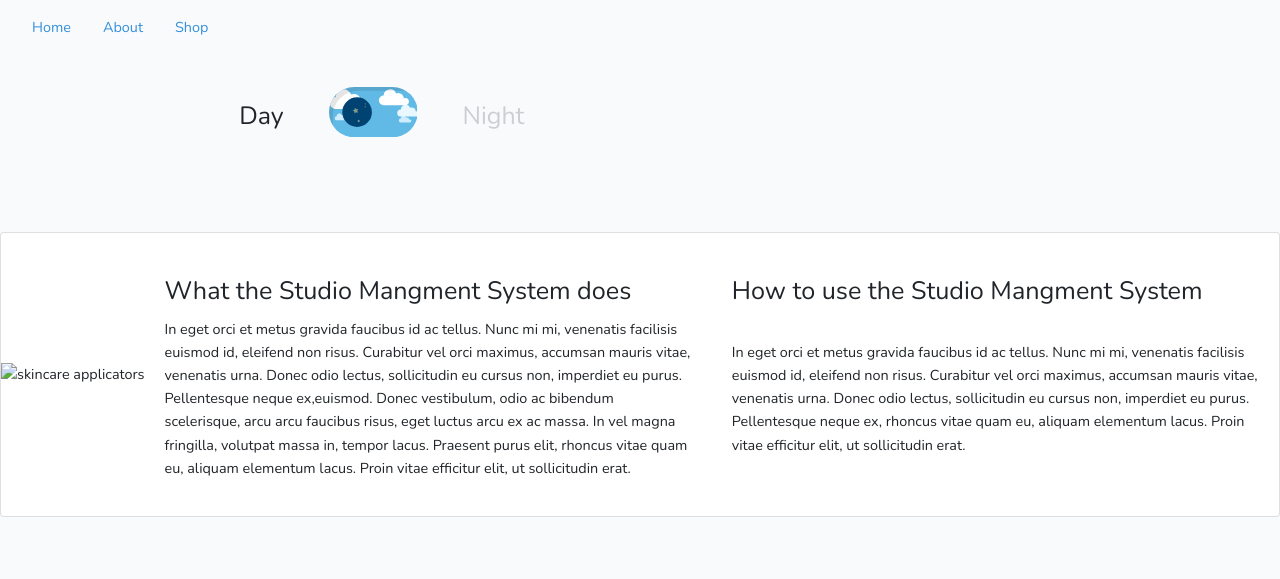
Repository: littae2/simplicite
Page: http://localhost/shop
An editor plug-in stored every save of this project. The page is shown before and after the next save, followed by the edit.
The browser window is 1280 px wide. The pictures show the whole page.
Some web libraries are served in a nearby version. The page is served by the project's Laravel application, run on PHP 8.4 with Laravel 8. Other server files are loaded and not shown.

Above is the page before, as saved 2021-08-13 15:43:08.

### Project/routes/web.php
<?php

use Illuminate\Support\Facades\Route;

/*
|--------------------------------------------------------------------------
| Web Routes
|--------------------------------------------------------------------------
|
| Here is where you can register web routes for your application. These
| routes are loaded by the RouteServiceProvider within a group which
| contains the "web" middleware group. Now create something great!
|
*/

Route::get('/', function () {
    return view('home.index');
});

Route::get('/about', function () {
    return view('about.index');
});
Route::get('/shop', function () {
    return view('shop.index');
});

### Project/resources/views/shop/index.blade.php
@extends('layouts.layout')
@section('title', 'Welcome')
@section('content')
<div class="pageContent">

<!-- @if(Auth::check())
<div> you are logged in </div>
@else
<div> please login</div>
@endif -->

  <div class="card d-flex flex-row justify-content-between align-items-center w-90 home">
  <img src="{{url('img/product2.jpg')}}" alt="skincare applicators" class="headerImg">
    <div class="card-body w-25 ">

      <br>
      <h3 class="card-title">What the Studio Mangment System does</h3>

      <p>In eget orci et metus gravida faucibus id ac tellus. Nunc mi mi, venenatis facilisis euismod id, eleifend non risus.
        Curabitur vel orci maximus, accumsan mauris vitae, venenatis urna. Donec odio lectus, sollicitudin eu cursus non, imperdiet eu purus.
        Pellentesque neque ex,euismod. Donec vestibulum, odio ac bibendum scelerisque, arcu arcu faucibus risus, eget luctus arcu ex ac massa. In vel magna fringilla, volutpat massa in, tempor lacus.
        Praesent purus elit, rhoncus vitae quam eu, aliquam elementum lacus. Proin vitae efficitur elit, ut sollicitudin erat.</p>

    </div>
    <div class=" card-body w-25">

      <h3 class="card-title">How to use the Studio Mangment System</h3>
      <br>
      <p>In eget orci et metus gravida faucibus id ac tellus. Nunc mi mi, venenatis facilisis euismod id, eleifend non risus.
        Curabitur vel orci maximus, accumsan mauris vitae, venenatis urna. Donec odio lectus, sollicitudin eu cursus non, imperdiet eu purus.
        Pellentesque neque ex, rhoncus vitae quam eu, aliquam elementum lacus. Proin vitae efficitur elit, ut sollicitudin erat.</p>

    </div>

  </div>
</div>
@endsection

### Project/resources/views/layouts/layout.blade.php
<!--This is the Main layout page-->
<!DOCTYPE html>
<html lang="en">
<head>
    <meta charset="UTF-8">
        <!-- CSRF Token -->
    <meta name="csrf-token" content="mlxnBRgEB1AbPWkhP1fOm5sUhDzONcfLGmqMOlHY">
    <meta name="viewport" content="width=device-width, initial-scale=1.0">

    <script src="https://kit.fontawesome.com/b07d89ef49.js" crossorigin="anonymous"></script>

    <!--  JQUEURY-->
    <script src="https://code.jquery.com/jquery-3.1.0.min.js"></script>

    <!--  BS -->
    <link rel="stylesheet" href="{{asset('css/simplicite.css')}}">
    <link rel="stylesheet" href="{{asset('css/app.css')}}">

    <!--JS -->




</head>
<body>

  @include('layouts.navbar')

<!-- Fonts -->
<link href="https://fonts.googleapis.com/css?family=Nunito:200,600" rel="stylesheet">

@yield('content')
</body>
</html>

### Project/resources/views/layouts/navbar.blade.php
<!-- <div class= "nav">
      <a class="nav-link" href="{{url('/welcome')}}">Home</a>
      <a class="nav-link" href="{{url('/view-cohorts')}}">Cohort</a>
      <a class="nav-link" href="{{url('/students')}}">Students</a>
      <a class="nav-link" href="{{url('/upload')}}">Upload</a>
      <a class="nav-link" href="{{url('/enrolment')}}">Enrollment</a>
</div> -->
<script src="https://code.jquery.com/jquery-3.2.1.slim.min.js" integrity="sha384-KJ3o2DKtIkvYIK3UENzmM7KCkRr/rE9/Qpg6aAZGJwFDMVNA/GpGFF93hXpG5KkN" crossorigin="anonymous"></script>
<script src="https://cdnjs.cloudflare.com/ajax/libs/popper.js/1.12.9/umd/popper.min.js" integrity="sha384-ApNbgh9B+Y1QKtv3Rn7W3mgPxhU9K/ScQsAP7hUibX39j7fakFPskvXusvfa0b4Q" crossorigin="anonymous"></script>
<script src="https://maxcdn.bootstrapcdn.com/bootstrap/4.0.0/js/bootstrap.min.js" integrity="sha384-JZR6Spejh4U02d8jOt6vLEHfe/JQGiRRSQQxSfFWpi1MquVdAyjUar5+76PVCmYl" crossorigin="anonymous"></script>


<div class="nav">
  <div class="col-md-12 school-options-dropdown text-center nav-link">

    <div class="nav">
      <a class="nav-link" href="{{url('/')}}">Home</a>
      <a class="nav-link" href="{{url('/about')}}">About</a>
      <a class="nav-link" href="{{url('/shop')}}">Shop</a>
<a>@include('inc.daynight')</a>


    </div>
  </div>
</div>
</div>

### Project/resources/views/inc/daynight.blade.php

<div class="layout">
    <div class="day-label">Day</div>

    <label class="container">
        <input id="input" type="checkbox" checked="checked">
        <span class="checkmark">


            <svg id="toggle" xmlns="http://www.w3.org/2000/svg" viewBox="0 0 60 34" width="60" height="34">
                <defs>


                    <clipPath id="container">
                        <rect width="60" height="34" rx="17" />
                    </clipPath>
                    <g id="day">
                        <rect x="0" width="60" height="34" style="fill: #61b9e5" />
                        <g id="day-content">
                            <g class="clouds-small">
                                <path d="M13.35,22.45a1,1,0,0,0-.44.1A1.62,1.62,0,0,0,11.29,21a1.67,1.67,0,0,0-.59.11,1.84,1.84,0,0,0-3.55.61h0a1.38,1.38,0,0,0,0,2.75h6.21a1,1,0,1,0,0-2Z" transform="translate(-2 -2)" style="fill: #d0edff" />
                                <path d="M27.38,23.72a1.05,1.05,0,0,0-.44.1,1.63,1.63,0,0,0-2.21-1.41,1.84,1.84,0,0,0-3.56.61h0a1.38,1.38,0,1,0,0,2.75h6.21a1,1,0,0,0,0-2.05Z" transform="translate(-2 -2)" style="fill: #d0edff" />
                                <path d="M56.7,24a1,1,0,0,0-.44.1,1.63,1.63,0,0,0-2.21-1.42,1.85,1.85,0,0,0-3.56.61h0a1.38,1.38,0,0,0,0,2.75H56.7a1,1,0,0,0,0-2Z" transform="translate(-2 -2)" style="fill: #d0edff" />
                                <path d="M84.35,22.45a1,1,0,0,0-.44.1A1.62,1.62,0,0,0,82.29,21a1.67,1.67,0,0,0-.59.11,1.84,1.84,0,0,0-3.55.61h0a1.38,1.38,0,0,0,0,2.75h6.21a1,1,0,1,0,0-2Z" transform="translate(-2 -2)" style="fill: #d0edff" />
                                <path d="M98.38,23.72a1.05,1.05,0,0,0-.44.1,1.63,1.63,0,0,0-2.21-1.41,1.84,1.84,0,0,0-3.56.61h0a1.38,1.38,0,1,0,0,2.75h6.21a1,1,0,0,0,0-2.05Z" transform="translate(-2 -2)" style="fill: #d0edff" />
                                <path d="M127.7,24a1,1,0,0,0-.44.1,1.63,1.63,0,0,0-2.21-1.42,1.85,1.85,0,0,0-3.56.61h0a1.38,1.38,0,0,0,0,2.75h6.21a1,1,0,0,0,0-2Z" transform="translate(-2 -2)" style="fill: #d0edff" />
                            </g>
                            <g class="clouds-medium">
                                <path d="M61.44,18.4a1.85,1.85,0,0,0-.77.18,2.85,2.85,0,0,0-2.85-2.68,3,3,0,0,0-1,.19,3.25,3.25,0,0,0-6.26,1.07h0a2.42,2.42,0,0,0,0,4.84H61.44a1.8,1.8,0,1,0,0-3.6Z" transform="translate(-2 -2)" style="fill: #e9f8ff" />
                                <path d="M26,17.07a1.84,1.84,0,0,0-.77.17,2.86,2.86,0,0,0-2.85-2.68,2.75,2.75,0,0,0-1,.2,3.24,3.24,0,0,0-6.26,1.07h0a2.42,2.42,0,1,0,0,4.84H26a1.8,1.8,0,0,0,0-3.6Z" transform="translate(-2 -2)" style="fill: #e9f8ff" />
                                <path d="M126.44,18.4a1.85,1.85,0,0,0-.77.18,2.85,2.85,0,0,0-2.85-2.68,3,3,0,0,0-1,.19,3.25,3.25,0,0,0-6.26,1.07h0a2.42,2.42,0,0,0,0,4.84h10.92a1.8,1.8,0,1,0,0-3.6Z" transform="translate(-2 -2)" style="fill: #e9f8ff" />
                                <path d="M91,17.07a1.84,1.84,0,0,0-.77.17,2.86,2.86,0,0,0-2.85-2.68,2.75,2.75,0,0,0-1,.2,3.24,3.24,0,0,0-6.26,1.07h0a2.42,2.42,0,0,0,0,4.84H91a1.8,1.8,0,0,0,0-3.6Z" transform="translate(-2 -2)" style="fill: #e9f8ff" />
                            </g>
                            <g class="clouds-big">
                                <path d="M24.82,10.83a3.09,3.09,0,0,0-1.29.29A4.78,4.78,0,0,0,17,7,5.43,5.43,0,0,0,6.54,8.76h0a4,4,0,1,0,0,8.09H24.82a3,3,0,0,0,0-6Z" transform="translate(-2 -2)" style="fill: #fff" />
                                <path d="M53.6,9.45a2.37,2.37,0,0,0-1,.24,3.86,3.86,0,0,0-3.84-3.61,4.09,4.09,0,0,0-1.4.26,4.36,4.36,0,0,0-8.41,1.45h0a3.25,3.25,0,0,0,0,6.5H53.6a2.42,2.42,0,1,0,0-4.84Z" transform="translate(-2 -2)" style="fill: #fff" />
                                <path d="M98.72,10.83a3.09,3.09,0,0,0-1.29.29A4.78,4.78,0,0,0,90.91,7a5.43,5.43,0,0,0-10.47,1.8h0a4,4,0,1,0,0,8.09H98.72a3,3,0,1,0,0-6Z" transform="translate(-2 -2)" style="fill: #fff" />
                                <path d="M127.5,9.45a2.41,2.41,0,0,0-1,.24,3.85,3.85,0,0,0-3.84-3.61,4.09,4.09,0,0,0-1.4.26,4.36,4.36,0,0,0-8.41,1.45h0a3.25,3.25,0,0,0,0,6.5h14.7a2.42,2.42,0,0,0,0-4.84Z" transform="translate(-2 -2)" style="fill: #fff" />
                            </g>

                        </g>
                    </g>
                    <g id="night">
                        <rect width="60" height="34" style="fill: #004373" />

                        <g id="night-content">
                            <polygon class="star" points="46 4.89 46.62 6.14 48.01 6.35 47.01 7.33 47.24 8.71 46 8.06 44.76 8.71 44.99 7.33 43.99 6.35 45.38 6.14 46 4.89" style="fill: #fff5a6" />
                            <polygon class="star" points="58.58 21.93 59.46 23.02 60.86 22.91 60.1 24.09 60.63 25.39 59.28 25.02 58.21 25.94 58.14 24.54 56.94 23.8 58.25 23.3 58.58 21.93" style="fill: #fff5a6" />
                            <polygon class="star" points="40.71 12.02 40.82 13.42 42.03 14.13 40.74 14.66 40.44 16.04 39.53 14.97 38.13 15.11 38.87 13.91 38.3 12.63 39.67 12.96 40.71 12.02" style="fill: #fff5a6" />
                            <polygon class="star" points="5 16.89 5.62 18.14 7.01 18.35 6 19.33 6.24 20.71 5 20.06 3.76 20.71 4 19.33 2.99 18.35 4.38 18.14 5 16.89" style="fill: #fff5a6" />
                            <polygon class="star" points="60.57 6.97 60.79 8.36 62.05 8.97 60.8 9.6 60.61 10.99 59.62 10 58.24 10.25 58.88 9 58.22 7.76 59.6 7.99 60.57 6.97" style="fill: #fff5a6" />
                            <polygon class="star" points="30.91 26.12 30.86 27.52 31.98 28.36 30.63 28.74 30.18 30.07 29.4 28.91 28 28.89 28.86 27.78 28.45 26.44 29.77 26.93 30.91 26.12" style="fill: #fff5a6" />
                            <polygon class="star" points="17.52 13.95 18.44 15.01 19.83 14.86 19.11 16.06 19.68 17.34 18.32 17.02 17.28 17.96 17.16 16.56 15.94 15.87 17.23 15.32 17.52 13.95" style="fill: #fff5a6" />
                            <polygon class="star" points="60.53 16.01 61.11 16.41 61.76 16.15 61.56 16.83 62 17.37 61.3 17.39 60.92 17.98 60.69 17.32 60.01 17.14 60.56 16.71 60.53 16.01" style="fill: #fff5a6" />
                            <polygon class="star" points="41.99 21.89 42.31 22.52 43 22.62 42.5 23.11 42.62 23.8 41.99 23.47 41.37 23.8 41.49 23.11 40.99 22.62 41.69 22.52 41.99 21.89" style="fill: #fff5a6" />
                            <polygon class="star" points="63.47 26.02 63.43 26.72 63.98 27.15 63.3 27.32 63.05 27.98 62.68 27.39 61.98 27.36 62.43 26.82 62.24 26.14 62.89 26.4 63.47 26.02" style="fill: #fff5a6" />
                            <polygon class="star" points="36.99 9.89 37.31 10.52 38 10.62 37.5 11.11 37.62 11.8 36.99 11.47 36.37 11.8 36.49 11.11 35.99 10.62 36.69 10.52 36.99 9.89" style="fill: #fff5a6" />
                            <polygon class="star" points="28.5 4.89 28.65 5.2 29 5.25 28.75 5.5 28.81 5.85 28.5 5.68 28.18 5.85 28.24 5.5 27.99 5.25 28.34 5.2 28.5 4.89" style="fill: #fff5a6" />
                            <polygon class="star" points="28.5 12.89 28.65 13.2 29 13.25 28.75 13.5 28.81 13.85 28.5 13.68 28.18 13.85 28.24 13.5 27.99 13.25 28.34 13.2 28.5 12.89" style="fill: #fff5a6" />
                            <polygon class="star" points="47.75 22.96 47.72 23.31 47.98 23.54 47.64 23.61 47.5 23.94 47.32 23.63 46.97 23.6 47.21 23.34 47.13 23 47.45 23.14 47.75 22.96" style="fill: #fff5a6" />
                            <polygon class="star" points="51.75 31.96 51.72 32.31 51.98 32.54 51.64 32.62 51.5 32.94 51.32 32.63 50.97 32.6 51.21 32.34 51.13 32 51.45 32.15 51.75 31.96" style="fill: #fff5a6" />
                            <polygon class="star" points="44.69 29.93 44.7 30.28 45 30.47 44.67 30.59 44.58 30.93 44.37 30.66 44.01 30.68 44.21 30.38 44.08 30.06 44.42 30.15 44.69 29.93" style="fill: #fff5a6" />
                            <polygon class="star" points="24.32 10.92 24.58 11.16 24.92 11.07 24.78 11.4 24.96 11.7 24.61 11.66 24.39 11.93 24.31 11.58 23.98 11.45 24.29 11.27 24.32 10.92" style="fill: #fff5a6" />
                            <polygon class="star" points="24.94 13.18 24.71 13.45 24.79 13.79 24.47 13.65 24.17 13.84 24.2 13.49 23.93 13.26 24.27 13.19 24.41 12.86 24.59 13.16 24.94 13.18" style="fill: #fff5a6" />
                            <polygon class="star" points="32 19.89 32.31 20.52 33 20.62 32.5 21.11 32.62 21.8 32 21.47 31.37 21.8 31.49 21.11 30.99 20.62 31.68 20.52 32 19.89" style="fill: #fff5a6" />
                            <polygon class="star" points="19.61 21.97 20.15 22.42 20.82 22.23 20.56 22.88 20.95 23.46 20.25 23.42 19.82 23.97 19.64 23.29 18.98 23.04 19.58 22.67 19.61 21.97" style="fill: #fff5a6" />
                            <polygon class="star" points="9.51 8.04 9.43 8.74 9.96 9.2 9.28 9.34 9 9.98 8.65 9.37 7.96 9.31 8.43 8.79 8.27 8.11 8.91 8.4 9.51 8.04" style="fill: #fff5a6" />
                        </g>
                    </g>
                    <clipPath id="switch">
                        <circle id="circle" cx="19" cy="17" r="10" />
                    </clipPath>
                </defs>

                <g clip-path="url(#container)">
                    <use id="back" href="#day" />
                    <g clip-path="url(#switch)">
                        <use id="front" href="#night" />
                    </g>
                    <rect class="inner-shadow" width="70" height="44" rx="20" />
                </g>

                <rect width="60" height="44" rx="17" opacity="0" />

            </svg>
        </span>
    </label>
    <div class="night-label">Night</div>
</div>
@include('inc.css.daynight')

### Project/resources/views/inc/css/daynight.blade.php
<style>



    .night-label {
        opacity: 0.2;
    }



    .layout {
        width: 70vw;
        max-width: 300px;
        min-width: 250px;
        height: 30vh;
        display: grid;
        grid-template-columns: 1fr 2fr 1fr;
        justify-content: center;
        align-items: center;
        gap: 30px;
        font-size: 25px;
    }

    .layout:nth-child(1) {
        text-align: right;
    }

    svg {
        width: 100%;
        height: 100%;
        cursor: pointer;
    }

    #night-content {
        opacity: 0.5;
    }

    .inner-shadow {
        stroke-opacity: 0.1;
        stroke-width: 5;
        stroke: black;
        fill: none;
    }

    .container input {
        position: absolute;
        opacity: 0;
        cursor: pointer;
        height: 0;
        width: 0;
    }
</style>

### Project/public/css/simplicite.css

@keyframes example {
    from {opacity: 100%;}
    to {opacity:0%;}
  }

.headerImg {
    width: -moz-available;
    background-position-y: 80%;
    display: flex;
    background-size: cover; /* or contain depending on what you want */
    background-repeat: no-repeat;
    text-align: center;
    margin: auto;
    padding: 0;
}
.headerImg:scroll{
    animation-name: example;
    animation-duration: 4s;
}

### Project/resources/views/inc/js/daynight.blade.php

<script>

let duration = 0.4;
let isDay = true;


let back = document.getElementById('back');
let front = document.getElementById('front');

let switchTime = () => {

    back.setAttribute('href', '#' + (isDay ? 'day' : 'night'));
    front.setAttribute('href', '#' + (isDay ? 'night' : 'day'));
}
let scale = 30;
let toNightAnimation = gsap.timeline();

toNightAnimation
    .to('#night-content', {
        duration: duration * 0.5,
        opacity: 1,
        ease: 'power2.inOut',
        x: 0
    })
    .to('#circle', {
        duration: duration,
        ease: 'power4.in',
        scaleX: scale,
        scaleY: scale,
        x: 1,
        transformOrigin: '100% 50%',
    }, 0)
    .to('.day-label', {
        duration: duration * 2,
        ease: 'power2.inOut',
        opacity: 0.2
    }, 0)
    .to('.night-label', {
        duration: duration * 2,
        ease: 'power2.inOut',
        opacity: 1
    }, 0)
    .set('#circle', {
        // transformOrigin: '0% 50%',
        scaleX: -scale,
        // x: 8.5,
        onUpdate: () => switchTime()
    }, duration).to('#circle', {
        duration: duration,
        ease: 'power4.out',
        scaleX: -1,
        scaleY: 1,
        x: 2,
    }, duration)
    .to('#day-content', {
        duration: duration * 0.5,
        opacity: 0.5
    }, duration * 1.5)
    .to('body', {
        backgroundColor: '#b0b0b9',
        color: 'black',
        duration: duration * 2
    }, 0)

let stars = Array.from(document.getElementsByClassName('star'));
stars.map(star => gsap.to(star, {
    duration: 'random(0.4, 1.5)',
    repeat: -1,
    yoyo: true,
    opacity: 'random(0.2, 0.5)'
}))
gsap.to('.clouds-big', {
    duration: 15,
    repeat: -1,
    x: -74,
    ease: 'linear'
})
gsap.to('.clouds-medium', {
    duration: 20,
    repeat: -1,
    x: -65,
    ease: 'linear'
})
gsap.to('.clouds-small', {
    duration: 25,
    repeat: -1,
    x: -71,
    ease: 'linear'
})

let switchToggle = document.getElementById('input');
switchToggle.addEventListener('change', () => toggle())

let toggle = () => {
    isDay = switchToggle.checked == true;
    if (isDay) {
        toNightAnimation.reverse();
    } else {
        toNightAnimation.play();
    }
}



if (CodePen.isThumbnail) toggle();

toNightAnimation.reverse();
toNightAnimation.pause();
</script>

Loaded but not shown: Project/public/css/app.css (library)

After the next save:
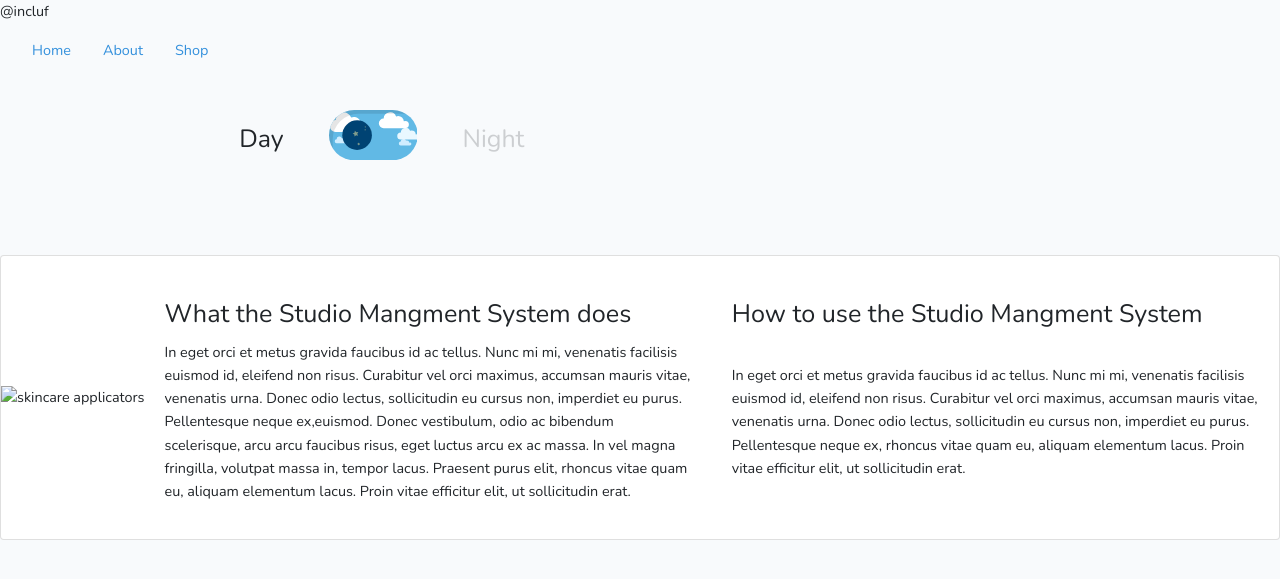
Saved 44 s later.
--- a/Project/resources/views/layouts/navbar.blade.php
+++ b/Project/resources/views/layouts/navbar.blade.php
@@ -8,7 +8,7 @@
 <script src="https://code.jquery.com/jquery-3.2.1.slim.min.js" integrity="sha384-KJ3o2DKtIkvYIK3UENzmM7KCkRr/rE9/Qpg6aAZGJwFDMVNA/GpGFF93hXpG5KkN" crossorigin="anonymous"></script>
 <script src="https://cdnjs.cloudflare.com/ajax/libs/popper.js/1.12.9/umd/popper.min.js" integrity="sha384-ApNbgh9B+Y1QKtv3Rn7W3mgPxhU9K/ScQsAP7hUibX39j7fakFPskvXusvfa0b4Q" crossorigin="anonymous"></script>
 <script src="https://maxcdn.bootstrapcdn.com/bootstrap/4.0.0/js/bootstrap.min.js" integrity="sha384-JZR6Spejh4U02d8jOt6vLEHfe/JQGiRRSQQxSfFWpi1MquVdAyjUar5+76PVCmYl" crossorigin="anonymous"></script>
-
+@incluf
 
 <div class="nav">
   <div class="col-md-12 school-options-dropdown text-center nav-link">

After the 5 saves that followed:
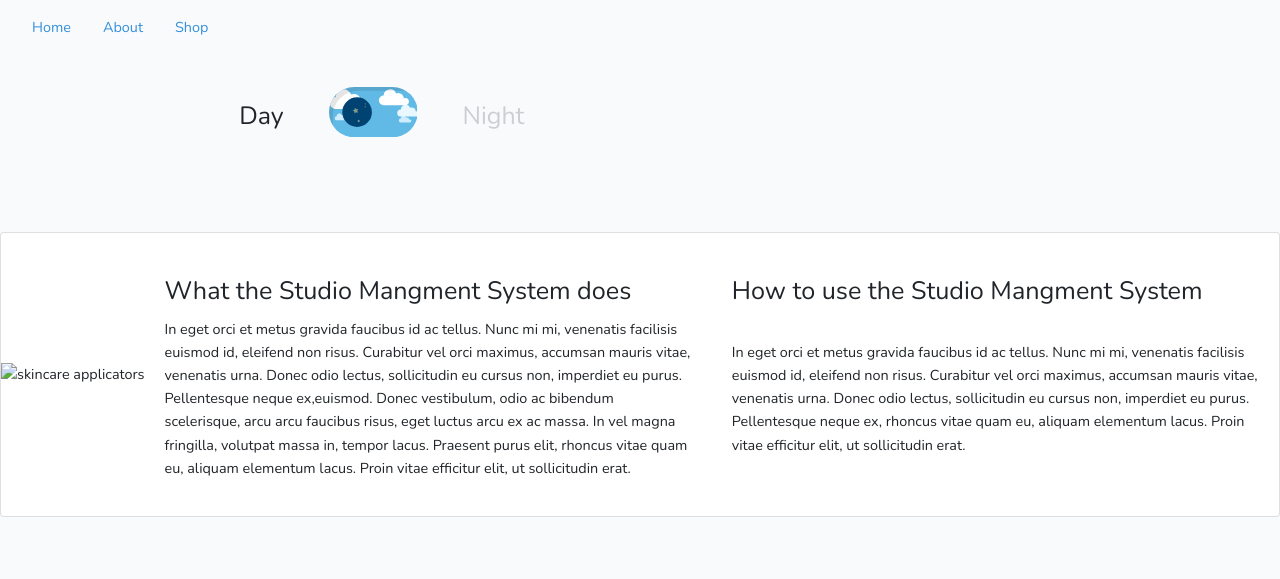
Console error: ReferenceError: gsap is not defined
The 5 saves are shown as one change because 1 did not build or start and some came seconds apart.
The last was saved 23 s later.
--- a/Project/resources/views/layouts/navbar.blade.php
+++ b/Project/resources/views/layouts/navbar.blade.php
@@ -8,7 +8,7 @@
 <script src="https://code.jquery.com/jquery-3.2.1.slim.min.js" integrity="sha384-KJ3o2DKtIkvYIK3UENzmM7KCkRr/rE9/Qpg6aAZGJwFDMVNA/GpGFF93hXpG5KkN" crossorigin="anonymous"></script>
 <script src="https://cdnjs.cloudflare.com/ajax/libs/popper.js/1.12.9/umd/popper.min.js" integrity="sha384-ApNbgh9B+Y1QKtv3Rn7W3mgPxhU9K/ScQsAP7hUibX39j7fakFPskvXusvfa0b4Q" crossorigin="anonymous"></script>
 <script src="https://maxcdn.bootstrapcdn.com/bootstrap/4.0.0/js/bootstrap.min.js" integrity="sha384-JZR6Spejh4U02d8jOt6vLEHfe/JQGiRRSQQxSfFWpi1MquVdAyjUar5+76PVCmYl" crossorigin="anonymous"></script>
-@incluf
+@include('inc.js.daynight')
 
 <div class="nav">
   <div class="col-md-12 school-options-dropdown text-center nav-link">
